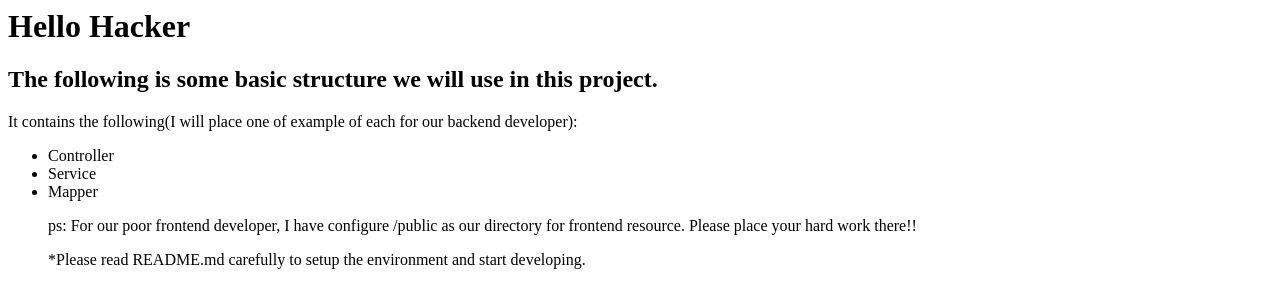
Repository: chenhongye11/DiDongBaBong
Page: didongbabong/src/main/webapp/public/index.html
These files come from the project's save history. The page is drawn as it stood at one moment and after the next save; the edit follows.
The browser window is 1280 px wide. The pictures show the whole page.

Above is the page before, as saved 2021-01-30 01:44:37.

After the next save:
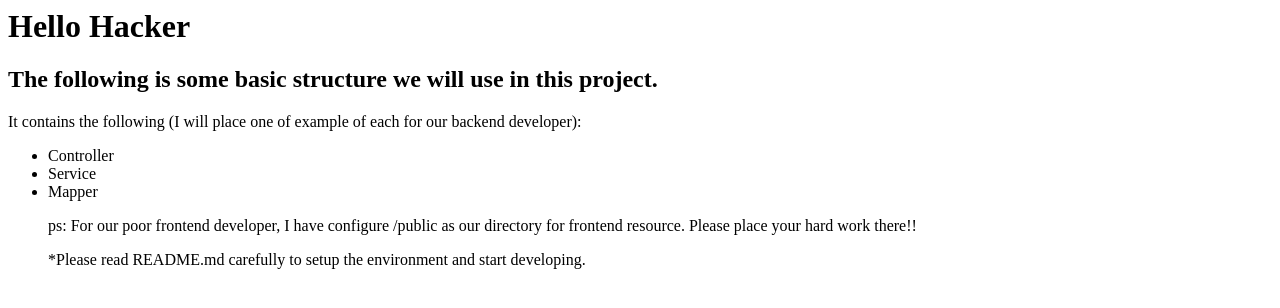
Saved 9 s later.
--- a/didongbabong/src/main/webapp/public/index.html
+++ b/didongbabong/src/main/webapp/public/index.html
@@ -1,7 +1,7 @@
 <html>
 <h1>Hello Hacker</h1>
 <h2>The following is some basic structure we will use in this project.</h2>
-<p>It contains the following(I will place one of example of each for our backend developer):</p>
+<p>It contains the following (I will place one of example of each for our backend developer):</p>
 <ul>
 <li>Controller</li>
 <li>Service</li>
